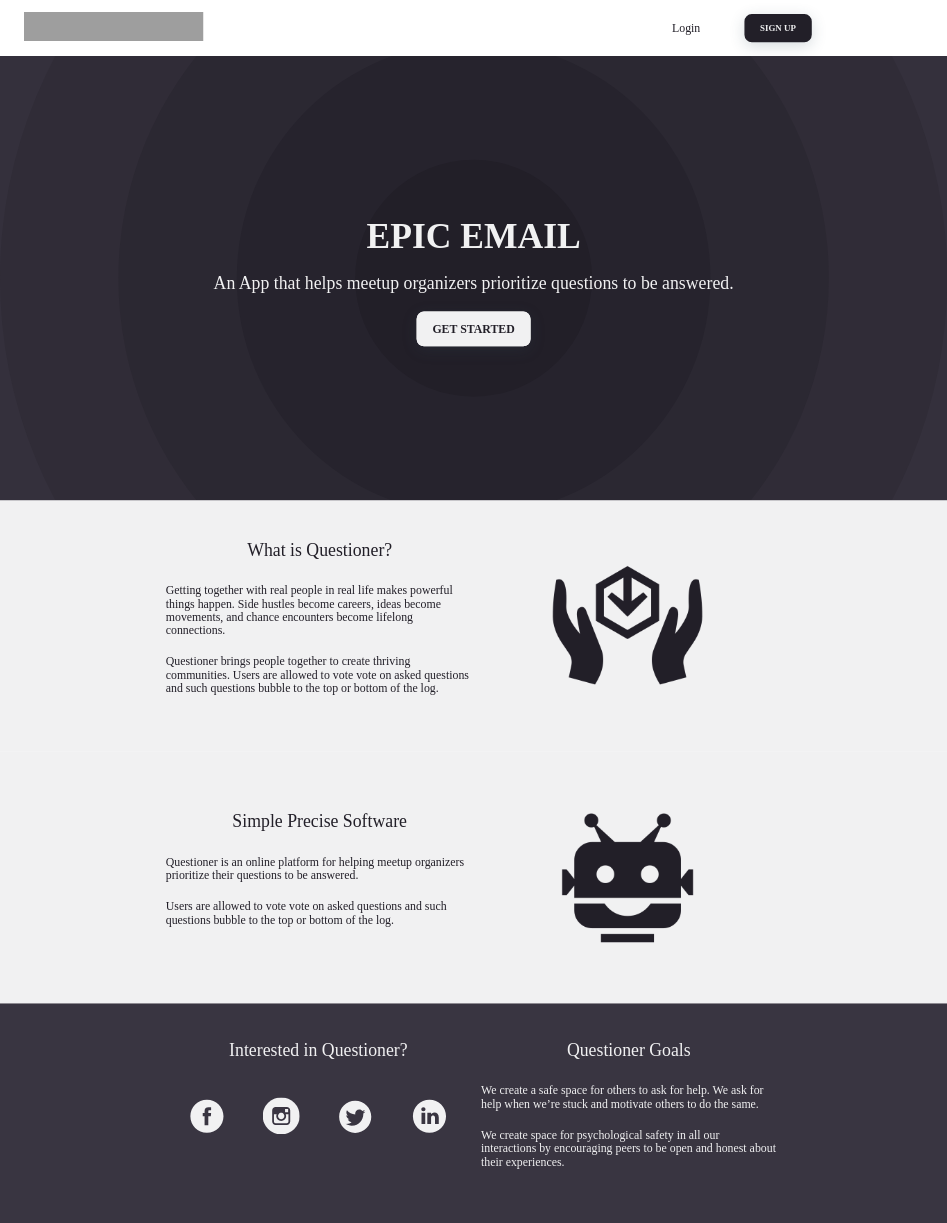
Repository: Gfreedoms/Epic-Mail
Page: index.html
The author's editor kept a copy of each file at every save. The page is drawn from the files as they stood at one save, then again after the next save.
The browser window is 1280 px wide. The pictures show the whole page, at 74% of full size.
Pictures or frames that could not be fetched are drawn as grey boxes. Backgrounds fixed to the window are drawn as part of the page. Some web fonts or font styles are not loaded; a fallback is used.

Above is the page before, as saved 2019-02-24 22:20:18.

### index.html
<!DOCTYPE html>
<html lang="en">

<head>
	<meta charset="UTF-8">
	<meta name="viewport" content="width=device-width, initial-scale=1.0">
	<meta http-equiv="X-UA-Compatible" content="ie=edge">
	<link rel="apple-touch-icon" sizes="180x180" href="assets/favicon/apple-touch-icon.png">
	<link rel="icon" type="image/png" sizes="32x32" href="assets/favicon/favicon-32x32.png">
	<link rel="icon" type="image/png" sizes="16x16" href="assets/favicon/favicon-16x16.png">
	<link rel="manifest" href="assets/favicon/site.webmanifest">
	<link rel="mask-icon" href="assets/favicon/safari-pinned-tab.svg" color="#5bbad5">
	<meta name="msapplication-TileColor" content="#da532c">
	<meta name="theme-color" content="#ffffff">
	<link rel="stylesheet" href="./styles/base.css">
	<title>EPIC MAIL - ANDELA BOOTCAMP</title>
</head>

<body>
	<!-- Navigation Section Starts -->
	<section id="navigation">
		<nav class="navbar">
			<a href="" id="nav-brand">
				<img src="./assets/imgs/logo.png" alt="">
			</a>
			<ul class="nav-menu">
				<li class="visibility"><a class="hover-t" href="./pages/meetup.html">Meetups</a></li>
				<li class="visibility"><a class="hover-t" href="./pages/questions.html">Questions</a></li>
				<li><a class="hover-t" href="./pages/login.html">Login</a></li>
				<li><a class="reg-btn box-sh-dark hover-lg" href="./pages/register.html">Sign Up</a></li>
			</ul>
			<a id="menu" href="">
				<img src="./assets/imgs/menu.svg" alt="">
			</a>
		</nav>
	</section>
	<!-- Navigation Section Ends -->

	<!-- SideBar Nav -->
	<ul id="sidebar" class="navbar-side side-hidden">
		<li><a href="./pages/login.html">Login</a></li>
		<li><a href="./pages/register.html">Sign Up</a></li>
	</ul>
	<!-- End SideBar Nav -->
	<!-- Hero Section -->
	<section id="section-hero">
		<div class="hero-text container t-al">
			<h1 class="bg-text">EPIC EMAIL</h1>
			<h3 class="md-text">An App that helps meetup organizers prioritize
				questions to be answered.</h3>
			<a href="./pages/register.html" class="cta-btn box-sh-dark">Get Started</a>
		</div>
	</section>
	<!-- End Hero Section -->

	<section class="info-section">
		<div class="container">
			<div class="info-desc">
				<h3 class="md-text">What is Questioner?</h3>
				<p class="sm-text">
					Getting together with real people in real life makes powerful things happen. Side hustles become careers, ideas
					become movements, and chance encounters become lifelong connections.
				</p>
				<p class="sm-text">
					Questioner brings people together to create thriving communities.
					Users are allowed to vote vote on asked questions and such questions bubble to the top
					or bottom of the log.
				</p>
			</div>
			<div class="info-action">
				<img src="./assets/imgs/4023875-512.png" alt="">
			</div>

		</div>
	</section>



	<section class="info-expl">
		<div class="container">
			<div class="info-desc">
				<h3 class="md-text">Simple Precise Software</h3>
				<p class="sm-text">
					Questioner is an online platform for helping meetup organizers prioritize their
					questions to be answered.
				</p>
				<p class="sm-text">
					Users are allowed to vote vote on asked questions and such questions bubble to the top
					or bottom of the log.
				</p>
			</div>
			<div class="info-action">
				<img src="./assets/imgs/4014664-512.png" alt="">
			</div>
		</div>
	</section>

	<footer class="bg-secondary">
		<div class="container">
			<div class="info-about">
				<h3 class="md-text">Interested in Questioner?</h3>
				<div class="social-links">
					<a href="#!"><img src="./assets/imgs/icons/facebook.svg" alt=""></a>
					<a href="#!"><img src="./assets/imgs/icons/instagram.svg" alt=""></a>
					<a href="#!"><img src="./assets/imgs/icons/twitter.svg" alt=""></a>
					<a href="#!"><img src="./assets/imgs/icons/linkedin.svg" alt=""></a>
				</div>
			</div>
			<div class="additional-info">
				<h3 class="md-text">Questioner Goals</h3>
				<p class="sm-text">
					We create a safe space for others to ask for help.
					We ask for help when we’re stuck and motivate others to do the same.
				</p>
				<p class="sm-text">
					We create space for psychological safety in all our interactions by encouraging peers to be open and honest about
					their experiences.
				</p>
			</div>
		</div>
	</footer>
	<script src="./scripts/index.js"></script>
</body>

</html>

### styles/base.css
@import url('./fonts.css');

* {
	margin: 0;
	padding: 0;
	box-sizing: border-box;
}

a {
	color: #221F28;
	text-decoration: none;
}

#navigation {
	z-index: 1;
	background: #ffffff;
	/* background: #F1F1F2; */
	width: 100%;
	height: auto;
	padding: 1rem 2rem;
	box-shadow: 0 0 30px rgba(7, 51, 84, .17);
	-webkit-box-shadow: 0 0 30px rgba(7, 51, 84, .17);
	-moz-box-shadow: 0 0 30px rgba(7, 51, 84, .17);
}

#nav-brand img {
	height: 40px;
	width: 100%;
}

.navbar {
	display: grid;
	grid-template-columns: 20% 40%;
	grid-gap: 30%;
	align-items: center;
}

.navbar-side {
	height: 100%;
	background: #F1F1F2;
	position: absolute;
	z-index: 9999;
	width: 350px;
	/* box-shadow: 9px -1px 29px 1px; */
	box-shadow: 13px 0px 22px -10px rgba(35, 31, 41, 0.44);
	padding: 20px;
	list-style-type: none;
}

.navbar-side li {
	padding: 20px 10px;
}

.navbar-side li:hover {
	background: #221F28;
	color: #F1F1F2;
}

.navbar-side li:hover>a {
	color: #F1F1F2;
}

.navbar-side a {
	font-family: 'Circular-Book';
}

.navbar-side a:hover {
	color: #F1F1F2;
}

.side-hidden {
	margin-left: -390px;
	transition: all 0.3s ease-out;
}

.side-active {
	margin-left: 0px;
	transition: all 0.3s ease-in;
}

.nav-menu {
	list-style-type: none;
	display: flex;
	align-items: center;
}

.nav-menu li {
	justify-content: center;
	flex: auto;
	display: flex;
}

.nav-menu a {
	text-decoration: none;
}

.reg-btn {
	background: #221F28;
	color: #F1F1F2;
	padding: 0.8rem 1.2rem;
	line-height: 9px;
	font-weight: 600;
	text-transform: uppercase;
	font-size: 12px;
	border-radius: 10px;
	-webkit-border-radius: 10px;
	-moz-border-radius: 10px;
	display: block;
	transition: all .5s ease;
	-webkit-transition: all .5s ease;
	-moz-transition: all .5s ease;
	border: 2px solid #221F28;
}

.btn {
	background: #221F28;
	color: #F1F1F2;
	padding: 1.5rem 1rem;
	line-height: 9px;
	font-weight: 600;
	text-transform: uppercase;
	font-size: 1.5rem;
	border-radius: 10px;
	-webkit-border-radius: 10px;
	-moz-border-radius: 10px;
	display: block;
	transition: all .5s ease;
	-webkit-transition: all .5s ease;
	-moz-transition: all .5s ease;
	border: 2px solid #221F28;
	text-align: center;
}

.cta-btn {
	background: #F1F1F2;
	color: #221F28;
	font-family: 'Circular-Bold';
	margin: 2rem 0;
	padding: 0.8rem 1.2rem;
	line-height: 2rem;
	font-size: 2rem;
	font-weight: 600;
	text-transform: uppercase;
	font-size: 1rem;
	border-radius: 10px;
	-webkit-border-radius: 10px;
	-moz-border-radius: 10px;
	transition: all .5s ease;
	-webkit-transition: all .5s ease;
	-moz-transition: all .5s ease;
	border: 2px solid #F1F1F2;
}

.btn.sm {
	width: 40%
}

.box-sh-dark {
	-webkit-box-shadow: 0 5px 20px rgba(51, 73, 90, .2);
	box-shadow: 0 5px 20px rgba(51, 73, 90, .2);
}

#section-hero {
	padding-top: 130px;
	padding-bottom: 130px;
	background-color: #393541;
	background-image: url("data:[embedded picture, 478 characters]");
	background-attachment: fixed;
	background-size: cover;
	background-repeat: no-repeat;
	background-position: 50%;
	min-height: 600px;
	position: relative;
	width: 100%;
	display: flex;
	align-items: CENTER;
}

/* @media screen and (max-width:1680px) {} */

@media screen and (min-width: 1680px) {
	.rsvp span {
		padding: 1rem 1.4rem !important;
		color: white !important;
		border-radius: 6px !important;
		cursor: pointer !important;
	}

	.nav-menu a.hover-t {
		font-size: 1.7rem !important;
	}

	.meetups span {
		font-size: 1.4rem !important;
	}

	.m1 {
		margin-top: 3rem !important;
		margin-bottom: 0.6rem !important;
	}

	#section-hero {
		background-position: 50%;
	}

	.nav-menu a.hover-t {
		font-size: 1.3rem;
	}

	.nav-menu a {
		text-decoration: none;
		font-size: 1.1rem;
	}

	.reg-btn {
		padding: 1.5rem 1.6rem 1.5rem;
	}

	.bg-text {
		font-size: 4rem !important;
	}

	.md-text {
		font-size: 2.2rem !important;
		margin-bottom: 1rem !important;
	}

	.sm-text {
		font-size: 1.5rem !important;
	}
}

.container {
	width: 75%;
	margin: 0 auto;
}

.w-sm {
	width: 80% !important;
}

.w-md {
	width: 60% !important;
}

.w-lg {
	width: 40% !important;
}

.hero-text {
	height: 100%;
}

.bg-text,
.md-text,
.sm-text {
	color: #F1F1F2;
}

.bg-text {
	margin-bottom: 1.5rem;
	font-family: 'Circular-Bold';
	font-weight: 700;
	font-size: 3rem;
}

.md-text {
	margin-bottom: 2rem;
	font-family: 'Circular-Book';
	font-weight: 400;
	font-size: 1.5rem;
}

.sm-text {
	margin-bottom: 1.5rem;
	font-family: 'Circular-Light';
	font-weight: 400;
	font-size: 1rem;
}

.info-section,
.info-platform,
.info-expl {
	padding: 3rem 0;
	min-height: 50%;
}

.info-section,
.info-expl {
	background: #F1F1F2;
}

.info-platform {
	background: #C5CFD9;
}

.info-section .container,
.info-platform .container,
.info-expl .container {
	display: grid;
	grid-template-columns: 1fr 1fr;
	/* padding: 50px; */
}

.side {
	margin-top: 2rem;
	margin-bottom: 2rem;
	position: relative;
}

.info-section p,
.info-section h3,
.info-platform p,
.info-platform h3,
.info-expl p,
.info-expl h3 {
	color: #221F28;
}

.bg-primary {
	background: #221F28;
}

.bg-secondary {
	background: #393541;
}

.info-desc {
	flex: 1;
	align-items: center;
	display: flex;
	flex-direction: column;
	justify-content: center;
}

.info-action {
	text-align: center;
}

.card {
	border-radius: .45rem;
	background: #ffffff;
	box-shadow: 0 15px 30px 0 rgba(0, 0, 0, .11), 0 5px 15px 0 rgba(0, 0, 0, .08);
}

.card-lg {
	border-radius: .25rem;
	background: #ffffff;
	box-shadow: 0 15px 30px 0 rgba(0, 0, 0, .11), 0 5px 15px 0 rgba(0, 0, 0, .08);
}

.mauto {
	margin-left: auto;
	margin-right: auto;
}

.m4 {
	margin-top: 5rem;
	margin-bottom: 5rem;
}

.m3 {
	margin-top: 3rem;
	margin-bottom: 3rem;
}

.m2 {
	margin-top: 2rem;
	margin-bottom: 2rem;
}

.m1 {
	margin-top: 0.6rem;
	margin-bottom: 0.6rem;
}

.p4 {
	padding-top: 5rem;
	padding-bottom: 5rem;
}

.p3 {
	padding-top: 3rem;
	padding-bottom: 3rem;
}

.p2 {
	padding-top: 2rem;
	padding-bottom: 2rem;
}

.p1 {
	padding-top: 0.6rem;
	padding-bottom: 0.6rem;
}

.t-al {
	text-align: center !important;
}

form label {
	font-weight: 600;
	text-transform: uppercase;
	font-size: 0.8rem;
	font-family: 'Circular-Book';
}

form .reg-btn {
	text-align: center;
}

#login-form {
	width: 350px;
}

#login-form h3,
#q-wrapper h3 {
	color: #221F28;
	text-transform: uppercase;
	font-weight: 800;
	text-align: center;
	/* border-bottom: 4px solid #221F28; */
}

.input {
	display: grid;
	grid-template-columns: 1fr;
	margin-top: 10px;
}

.input input {
	padding-left: 1rem;
	padding-right: 1rem;
	font-family: 'Circular-Light';
	font-size: 0.8rem;
	border: 1px solid #C5CFD9;
	background: #ffffff;
}

.input textarea {
	padding-left: 1rem;
	padding-right: 1rem;
	font-family: 'Circular-Light';
	font-size: 0.8rem;
	border: 1px solid #C5CFD9;
	background: #ffffff;
}

.input select {
	border: 1px solid #C5CFD9;
	padding: 0.4rem 0.5rem;
	height: 2rem;
}

.b-rsm {
	border-radius: 8px;
}

#menu {
	display: none;
}

#menu img {
	height: 30px;
}

img {
	height: 15rem;
	width: auto;
}

footer {
	padding: 50px 10px;
}

footer .container {
	display: grid;
	grid-template-columns: 1fr 1fr;
	/* margin-bottom: 50px; */
	grid-gap: 20px;
}

footer h3 {
	/* padding-bottom: 1rem; */
	/* border-bottom: 4px solid #F1F1F2; */
	text-align: center;
}

.social-links {
	display: grid;
	grid-template-columns: 1fr 1fr 1fr 1fr;
	margin-top: 50px;
}

.social-links img {
	height: 50px;
}

.social-links a {
	text-align: center;
}

.info-about h3 {
	margin-bottom: 0 !important;
}

.b-danger {
	background: #F01D43 !important;
}

.b-mild {
	background: #80808094 !important;
	color: #ffffff !important;
}

.b-success {
	background: #00cea0 !important;
}

.b-wicked {
	background: #ff003b !important;
}

/*
.b-wicked {
	background: #6a1b9a !important;
} */

.header {
	display: grid;
	grid-template-columns: 1fr 1fr;
	align-items: center;
}

.hover-t:hover {
	color: purple;
}

.hover-lg:hover {
	cursor: pointer;
	transform: scale(1.009, 1.009);
	-webkit-box-shadow: 2px 2px 20px 0px rgba(128, 128, 128, 0.74);
	-moz-box-shadow: 2px 2px 20px 0px rgba(128, 128, 128, 0.74);
	box-shadow: 2px 2px 20px 0px rgba(128, 128, 128, 0.74);
	transition: all 0.8s cubic-bezier(0.165, 0.84, 0.44, 1);
}

.visibility {
	visibility: hidden;
}

/* MEDIA QUERIES */
@media all and (max-width: 850px) {
	.navbar {
		grid-template-columns: 20% 60%;
		grid-gap: 20%;
	}
}

@media all and (max-width: 850px) {
	.nav-menu {
		display: none;
	}

	#menu {
		display: block;
		text-align: right;
	}
}

@media all and (max-width: 1050px) {
	.navbar {
		grid-template-columns: 20% 60%;
		grid-gap: 20%;
	}
}

@media all and (max-width: 350px) {
	img {
		height: 12rem;
		width: auto;
	}

	.social-links img {
		height: 40px;
	}
}

@media all and (max-width: 670px) {
	.social-links {
		margin-top: 25px;
	}

	.info-about {
		margin-bottom: 25px;
	}

	.nav-menu {
		flex-wrap: wrap;
	}

	.nav-menu>li {
		flex-basis: 50%;
	}

	.info-section .container,
	.info-platform .container,
	.info-expl .container {
		grid-template-columns: 1fr;
	}

	footer .container {
		grid-template-columns: 1fr;
		grid-gap: 10px;
	}
}

@media all and (max-width: 400px) {
	.nav-menu>li {
		flex-basis: 100%;
	}

	.intro a {
		width: 100% !important;
	}

	.btn {
		background: #221F28;
		color: #F1F1F2;
		padding: 0.8rem 1rem;
		line-height: 9px;
		font-weight: 600;
		text-transform: uppercase;
		font-size: 1rem;
		border-radius: 10px;
	}
}

@media all and (min-width: 576px) {
	.hide-lg {
		display: none !important;
	}
}

@media all and (max-width: 576px) {
	.hide-sm {
		display: none !important;
	}
}

@media all and (max-width: 450px) {
	.container {
		width: 80%;
	}

	#login-form {
		width: auto;
	}
}

@media all and (max-width: 400px) {
	.hero-text {
		top: 40%;
		width: 70%;
		left: 10%;
	}

	.md-text {
		font-family: 'Circular-Book';
		margin-bottom: 1rem;
		font-weight: 100;
		font-size: 1.2rem;
	}

	form label {
		font-family: 'Circular-Light';
	}

	.f-bold {
		font-family: 'Circular-Book' !important;
	}

	.bg-text {
		margin-bottom: 1.3rem;
		font-family: 'Circular-Book';
		font-weight: 400;
		font-size: 2rem;
	}

	.cta-btn {
		font-size: 0.7rem;
		padding: 0.4rem 1rem;
	}
}

@media (min-width: 576px) {
	.w-auto {
		width: 75% !important;
	}

	.container {
		width: 85%;
	}
}

@media (min-width: 768px) {
	.w-auto {
		width: 40% !important;
	}

	.container {
		width: 85%;
	}
}

@media (min-width: 992px) {
	.w-auto {
		width: 35% !important;
	}

	.container {
		width: 70%;
	}
}

@media (min-width: 1200px) {
	.w-auto {
		width: 40% !important;
	}

	.container {
		width: 65%;
	}
}

/* END MEDIA QUERIES */

### styles/fonts.css
@font-face {
	font-family: "Circular-Light";
	src:
		url("../assets/fonts/Circular-Light.woff") format("woff");
}
@font-face {
	font-family: "Circular-Book";
	src:
		url("../assets/fonts/Circular-Book.woff") format("woff");
}
@font-face {
	font-family: "Circular-Bold";
	src:
		url("../assets/fonts/Circular-Bold.woff") format("woff");
}

* {
	font-family: 'Circular-Light';
}

### scripts/index.js
(function () {
  function togggleSidebar(e) {
    e.preventDefault();
    const sideBar = document.getElementById('sidebar');
    sideBar.classList.toggle('side-active');
    sideBar.classList.toggle('side-hidden');
  }
  const menu = document.getElementById('menu');
  menu.addEventListener('click', togggleSidebar, false);
}());

After the next save:
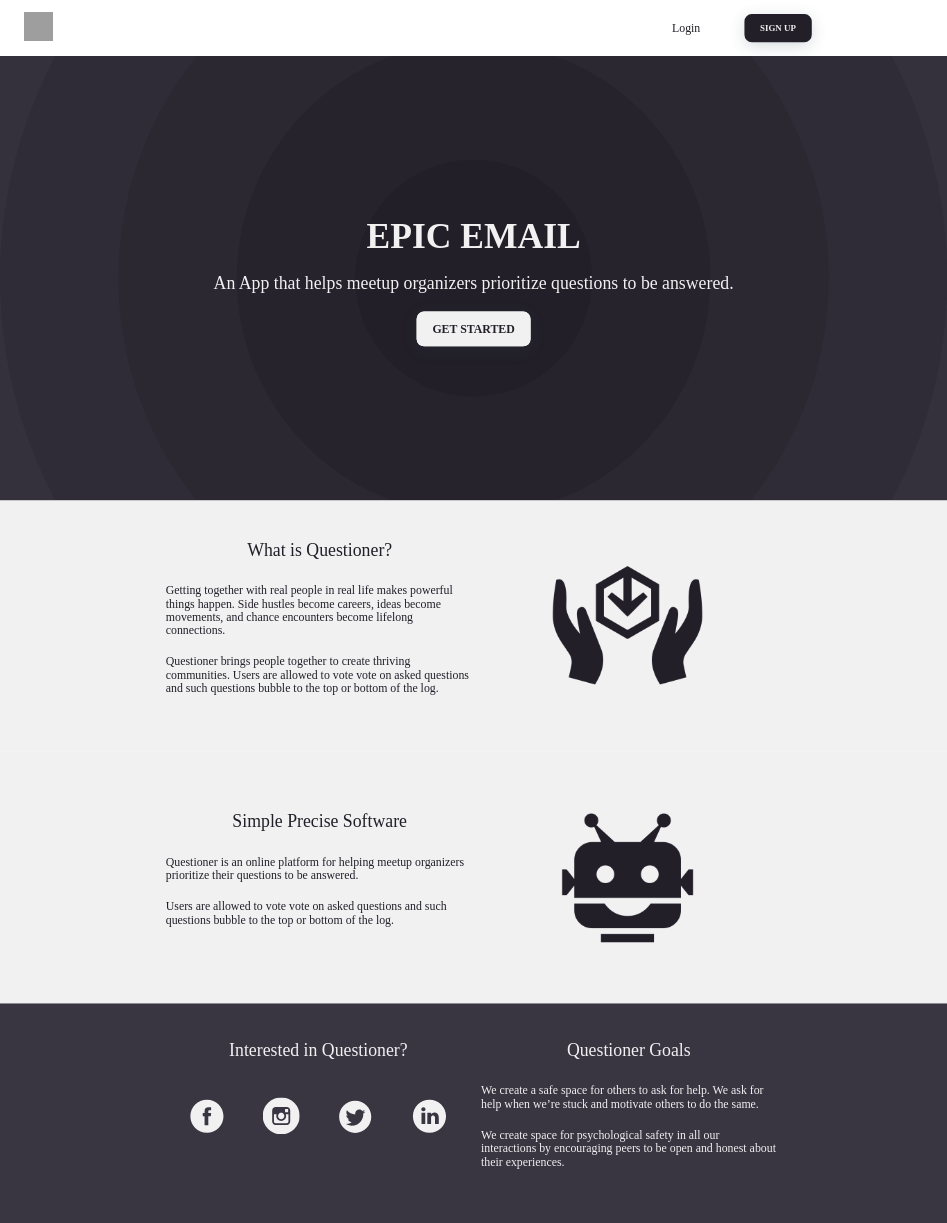
Saved 9 min 13 s later.
--- a/styles/base.css
+++ b/styles/base.css
@@ -24,8 +24,8 @@ a {
 }
 
 #nav-brand img {
-	height: 40px;
-	width: 100%;
+    height: 40px;
+    width: 40px;
 }
 
 .navbar {
